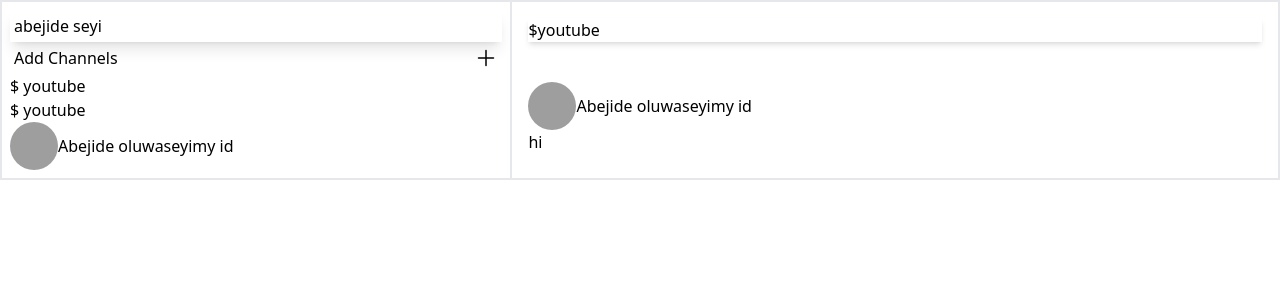
Repository: Semanmernstack/chat-mini
Page: /
The author's editor kept a copy of each file at every save. The page is drawn from the files as they stood at one save, then again after the next save.
The browser window is 1280 px wide. The pictures show the whole page.
Pictures or frames that could not be fetched are drawn as grey boxes. The project was rebuilt for these pictures with package versions that can differ from the ones it lists, and the page was loaded fresh each time. Also part of the build but not shown: src/features/counter/Counter.module.css, src/features/counter/Counter.js.

Above is the page before, as saved 2022-11-14 06:42:00.

After the next save:
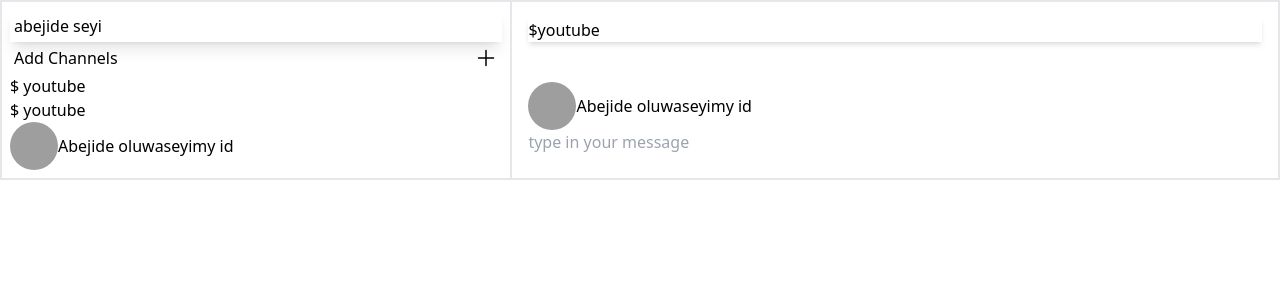
Saved 3 min 30 s later.
--- a/src/BodyHeader.js
+++ b/src/BodyHeader.js
@@ -14,7 +14,9 @@ function BodyHeader() {
             <span>my id</span>
         </div>
         </div>
-        <h3>hi</h3>
+        <form>
+            <input type="text" placeholder='type in your message' />
+        </form>
     </div>
   )
 }
